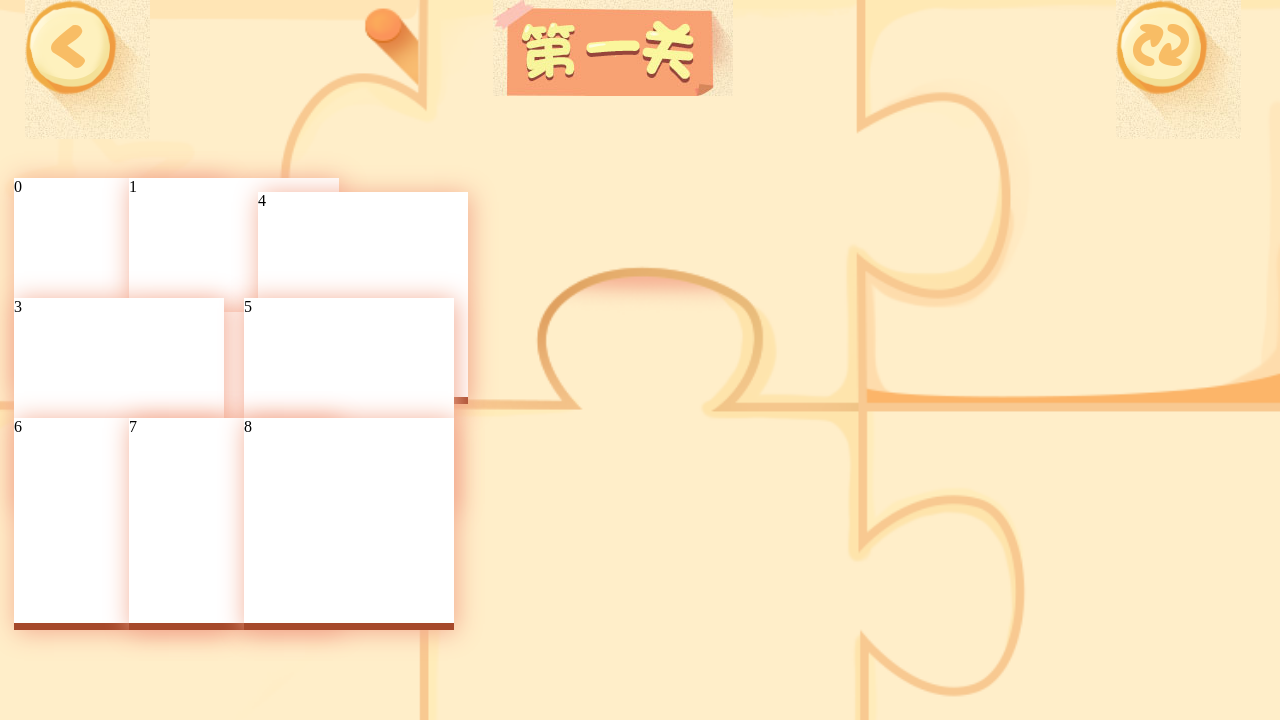
Repository: RedrockTeam/China-map-puzzle
Page: /#/second
An editor plug-in stored every save of this project. The page is shown before and after the next save, followed by the edit.
The browser window is 1280 px wide. The pictures show the whole page.
Some web fonts or font styles are not loaded; a fallback is used. The project was rebuilt for these pictures with package versions that can differ from the ones it lists, and the page was loaded fresh each time. Also part of the build but not shown: vue.config.js, src/network/request.js, src/views/home.vue, src/views/pass.vue, src/components/dialog.vue, src/views/first.vue, src/views/third.vue, src/views/forth.vue.

Above is the page before, as saved 2019-09-25 15:00:51.

### public/index.html
<!DOCTYPE html>
<html lang="en">

<head>
  <meta charset="utf-8">
  <meta http-equiv="X-UA-Compatible" content="IE=edge">
  <meta name="viewport" content="width=device-width,initial-scale=1.0">
  <link rel="icon" href="<%= BASE_URL %>favicon.ico">
  <title>puzzle-game</title>
</head>

<body>
  <noscript>
    <strong>We're sorry but my doesn't work properly without JavaScript enabled. Please enable it to continue.</strong>
  </noscript>
  <div id="app"></div>
  <!-- built files will be auto injected -->


 </body>
</html>

### src/main.js
import Vue from 'vue'
import App from './App.vue'
import router from './router'
import store from './store'
// import ApiService from './common/service/api'

import './assets/styles/common.css'
import './assets/font/font.css'

// Vue.config.productionTip = false

// ApiService.init()

new Vue({
  router,
  store,
  render: h => h(App)
}).$mount('#app')

### src/App.vue
<template>
  <div>
    <router-view></router-view>
  </div>
</template>

<script>
export default {
  name: 'App',
  data() {
    return {};
  }
};
</script>
<style>
</style>

### src/router/index.js
import Vue from 'vue'
import Router from 'vue-router'
import Home from '../views/home.vue'
import Result from '../views/result.vue'
import Pass from '../views/pass.vue'
import Button from '../components/dialog.vue'
import First from '../views/first.vue'
import Second from '../views/second.vue'
import Third from '../views/third.vue'
import Four from '../views/forth.vue'

Vue.use(Router)

export default new Router({
  routes: [{
    path: '/',
    redirect: '/home'
  },
  {
    path: '/home',
    name: 'home',
    component: Home,
  },
  {
    path: '/pass',
    name: 'pass',
    component: Pass,
  },
  {
    path: '/result',
    name: 'result',
    component: Result,
  },
  {
    path: '/button',
    name: 'button',
    component: Button,
  },
  {
    path: '/first',
    name: 'first',
    component: First
  },
  {
    path: '/second',
    name: 'second',
    component: Second
  },
  {
    path: '/third',
    name: 'third',
    component: Third
  },
  {
    path: '/four',
    name: 'four',
    component: Four
  }



  ]


})

### src/store/index.js
import Vue from 'vue'
import Vuex from 'vuex'
import {
  isContext
} from 'vm';

Vue.use(Vuex)

export default new Vuex.Store({
  state: {
    time: {
      minute: 0,
      second: 0,
      millisecond: 0,
      timecount: '00:00:00',
    },
  },
  mutations: {
    //开始
    start() {
      var that = this;
      //停止（暂停）
      clearInterval(time);
      //时间重置
      that.setData({
        minute: 0,
        second: 0,
        millisecond: 0,
      })
      time = setInterval(function () {
        that.timer()
      }, 50);
      time = () => {
        that.timer()
      }
    },
    //停止
    stop() {
      var that = this
      clearInterval(intt);
      that.setData({
        minute: 0,
        second: 0,
        millisecond: 0,
        timecount: '00:00:00',
      })
    },
    timer() {
      var that = this;
      console.log(that.data.millisecond)
      that.setData({
        millisecond: that.data.millisecond + 5
      })
      if (that.data.millisecond >= 100) {
        that.setData({
          millisecond: 0,
          second: that.data.second + 1
        })
      }
      if (that.data.second >= 60) {
        that.setData({
          second: 0,
          minute: that.data.minute + 1
        })
      }
      that.setData({
        timecount: that.data.minute + ":" + that.data.second + ":" + that.data.millisecond
      })
    },
  },
  actions: {
    // time = setInterval(function () {
    //   context.commit('time')
    // }, 50)
  }
})

### src/assets/styles/common.css
/* global */
* {
    margin: 0;
    padding: 0;
}

html {
    overflow-y: scroll;
    overflow-x: hidden;

}

html,
body {
    width: 100%;
}

a {
    text-decoration: none;
    text-align: center;
    cursor: pointer;
    color: black;
    outline: none;
}

a:hover {
    text-decoration: underline;
}

ul,
ol {
    list-style: none;
}

.clear {
    clear: both;
}

### src/assets/font/font.css
@font-face {
    font-family: "Tanuki";
    font-weight: normal;
    font-style: normal;
    src: url('./Tanuki.ttf') format('truetype');
}

@font-face {
    font-family: "Cotton";
    font-weight: normal;
    font-style: normal;
    src: url('./cotton.ttf') format('truetype');
}

### src/views/result.vue
<template>
  <div class="bg">
    <div class="head">
      <div class="back"></div>
      <div class="title"></div>
      <div class="front"></div>
    </div>

    <div class="contain">
      <div class="score">
        <div>
          <p>
            <span class="clock"></span>
            <span class="word">我的时间：</span>
          </p>
          <p>
            <i class="grade"></i>
            <span class="word">我的成绩：</span>
          </p>
        </div>
      </div>
      <div class="list">
        <p class="list_item first">
          <span class="icon"></span>
          <span class="nickname">这是我的昵称</span>
          <span class="time">10s</span>
        </p>
        <p class="list_item second">
          <span class="icon"></span>
          <span class="nickname">这是我的昵称</span>
          <span class="time">10s</span>
        </p>
        <p class="list_item third">
          <span class="icon"></span>
          <span class="nickname">这是我的昵称</span>
          <span class="time">10s</span>
        </p>
        <p class="list_item">
          <span class="normal">4</span>
          <span class="nickname">这是我的昵称</span>
          <span class="time">10s</span>
        </p>
        <p class="list_item">
          <span class="normal">4</span>
          <span class="nickname">这是我的昵称</span>
          <span class="time">10s</span>
        </p>
      </div>
    </div>
    <div class="line"></div>
  </div>
</template>

<style>
.bg {
  position: absolute;
  top: 0;
  left: 0;
  height: 100%;
  width: 100%;
  background: url("../assets/img/pass/background.png");
  background-size: cover;
}
.head {
  display: flex;
  margin-top: 60px;
  margin-left: 50px;
}

.back {
  background: url("../assets/img/ranking/back.png");
  width: 93px;
  height: 97px;
  background-size: cover;
  margin-right: 120px;
}
.title {
  background: url("../assets/img/ranking/ranking_title.png") no-repeat;
  width: 260px;
  height: 200px;
  background-size: 100%;
  margin-left: -40px;
}
.front {
  background: url("../assets/img/ranking/front.png");
  width: 93px;
  height: 97px;
  background-size: cover;
  margin-left: 80px;
}

.contain {
  width: 650px;
  height: 850px;
  background: #ffae72;
  margin: -15px auto 0;
}

.score {
  width: 617px;
  height: 206px;
  background: url("../assets/img/ranking/result.png");
  background-size: cover;
  padding-top: 40px;
}
.score div {
  margin-top: 20px;
  margin-left: 20px;
}

.word {
  letter-spacing: 5px;
}

.score p {
  color: #ffae72;
  font-weight: bold;
  font-size: 35px;
  padding-top: 20px;
  margin: 0 auto;
  width: 250px;
  margin-left: 50px;
  margin-top: 10px;
}

.clock,
.grade {
  width: 29px;
  height: 29px;
  display: inline-block;
  margin-right: 10px;
}
.clock {
  background: url("../assets/img/ranking/clock.png") no-repeat;
  background-size: cover;
}
.grade {
  background: url("../assets/img/ranking/list.png") no-repeat;
  background-size: cover;
}
.list {
  height: 520px;
  overflow: auto;
  margin-top: 20px;
}
::-webkit-scrollbar {
  display: none;
}
.list_item {
  background: url("../assets/img/ranking/box.png");
  width: 580px;
  height: 125px;
  background-size: cover;
  margin-left: 50px;
  display: flex;
}
.icon {
  display: inline-block;
  width: 81px;
  height: 82px;
  margin: 15px 35px;
}
.first .icon {
  background: url("../assets/img/ranking/first.png");
  background-size: cover;
}
.second .icon {
  background: url("../assets/img/ranking/second.png");
  background-size: cover;
}
.third .icon {
  background: url("../assets/img/ranking/third.png");
  background-size: cover;
}
.nickname {
  color: #ffae72;
  font-size: 35px;
  font-weight: bold;
  display: inline-block;
  margin-top: 30px;
  font-family: Tanuki;
}
.time,
.normal {
  margin-left: auto;
  margin-right: 80px;
  font-weight: bold;
  display: inline-block;
  margin-top: 20px;
  color: #ff7b5c;
  font-size: 50px;
}

.line {
  width: 570px;
  height: 36px;
  background: url("../assets/img/ranking/line.png");
  background-size: cover;
  margin-left: 100px;
  margin-top: -50px;
}
</style>

<script>
export default {};
</script>

### src/views/second.vue
<template>
  <div class="game">
    <div class="header">
      <div class="back_shadow">
        <div class="back"></div>
      </div>
      <div class="title">
        <img src="../assets/img/game/one.png" />
      </div>
      <div class="refresh_shadow">
        <div class="refresh"></div>
      </div>
    </div>
    <div class="main" ref="main">
      <div
        :class="setClass(index)"
        ref="pic"
        v-for="(value,index) of info"
        :key="index"
        :style="{
          left:value[0] + 'px',
          top:value[1] +'px'
      }"
      >{{index}}</div>
    </div>
    <div class="showpic_shadow">
      <div class="showpic">长按可看3s原图</div>
    </div>
  </div>
</template>

<script>
export default {
  data() {
    return {
      firstX: null,
      firstY: null,
      number: 0,
      info: [
        [0, 0],
        [115, 0],
        [115 * 2, 0],
        [0, 120],
        [115, 120],
        [115 * 2, 120],
        [0, 120 * 2],
        [115, 120 * 2],
        [115 * 2, 120 * 2]
      ]
    };
  },
  mounted() {
    this.random();
    this.moveImage();
  },

  methods: {
    setClass(index) {
      let obj = { piece: true };
      obj[`${index}`] = true;
      return obj;
    },
    moveImage() {
      let pics = this.$refs.main.children;
      let picWidth = pics[0].offsetWidth;
      let picHeight = pics[0].offsetHeight;
      let boxWidth = this.$refs.main.offsetWidth;
      let boxHeight = this.$refs.main.offsetHeight;
      let dx,
        dy,
        newLeft,
        newTop,
        firstX,
        firstY,
        firstIndex,
        firstPic,
        secondPic;
      let number = this.number;
      let isSuccess = this.isSuccess;
      for (var i = 0; i < pics.length; i++) {
        pics[i].addEventListener("touchstart", function(e) {
          this.style.zIndex = 100;
          this.startX = this.offsetLeft;
          this.startY = this.offsetTop;
          this.style.transition = "none";
          console.log(number);
          if (number == 0) {
            firstX = this.startX;
            firstY = this.startY;
            firstIndex = this.getAttribute("data-index");
            firstPic = this;
            number += 1;
          } else if (number == 1) {
            this.startX = this.offsetLeft;
            this.startY = this.offsetTop;
            secondPic = this;
            firstPic.style.left = this.startX + "px";
            firstPic.style.top = this.startY + "px";
            firstPic.setAttribute(
              "data-index",
              this.getAttribute("data-index")
            );
            secondPic.style.left = firstX + "px";
            secondPic.style.top = firstY + "px";
            secondPic.setAttribute("data-index", firstIndex);
            number = 0;
            if (isSuccess() == true) {
              alert("true");
            }
          }
        });
      }
      return pics;
    },

    random(a, b) {
      var a = Math.floor(Math.random() * 9);
      var b = Math.floor(Math.random() * 9);
      let pics = this.$refs.main.children;
      var aEle = pics[a];
      var bEle = pics[b];

      var _left;
      _left = aEle.offsetLeft;
      aEle.style.left = bEle.offsetLeft + "px";
      bEle.style.left = _left + "px";
      var _top;
      _top = aEle.offsetTop;
      aEle.style.top = bEle.offsetTop + "px";
      bEle.style.top = _top + "px";
      var _index;
      _index = aEle.getAttribute("data-index");
      aEle.setAttribute("data-index", bEle.getAttribute("data-index"));
      bEle.setAttribute("data-index", _index);
    },

    isSuccess() {
      console.log("try");
      let pics = this.$refs.main.children;
      console.log(pics);
      var str = "";
      for (var i = 0; i < pics.length; i++) {
        str += pics[i].getAttribute("data-index");
      }
      console.log(str);
      if (str == "123456789") {
        return true;
      }
      return false;
    }
  }
};
</script>
<style lang="scss" scoped>
.game {
  position: absolute;
  top: 0;
  left: 0;
  height: 100%;
  width: 100%;
  background: url("../assets/img/pass/background.png");
  background-size: cover;
  overflow: hidden;
  .header {
    width: 95%;
    height: 140px;
    margin: 0 auto 24px 25px;
    display: inline-flex;
    justify-content: space-between;
    .back_shadow {
      width: 125px;
      height: 139px;
      background-image: url("../assets/img/common/btn_sbg.jpg");
      background-repeat: no-repeat;
      background-position: 0% 0%;
      background-size: contain;
      .back {
        width: 92px;
        height: 95px;
        background-image: url("../assets/img/common/back.png");
        background-repeat: no-repeat;
        background-position: 0% 0%;
        background-size: contain;
      }
    }
    .title {
      width: 240px;
      height: 96px;
      background-image: url("../assets/img/game/title_bg.jpg");
      background-repeat: no-repeat;
      background-position: 0% 0%;
      background-size: contain;
      display: flex;
      justify-content: center;
      align-items: center;
      img {
        width: 54px;
        height: 17px;
      }
    }
    .refresh_shadow {
      width: 125px;
      height: 139px;
      background-image: url("../assets/img/common/btn_sbg.jpg");
      background-repeat: no-repeat;
      background-position: 0% 0%;
      background-size: contain;
      .refresh {
        width: 92px;
        height: 95px;
        background-image: url("../assets/img/common/refresh.png");
        background-repeat: no-repeat;
        background-position: 0% 0%;
        background-size: contain;
      }
    }
  }
  .main {
    width: 750px;
    height: 700px;
    position: relative;
    padding: 26px;

    .piece {
      width: 210px;
      height: 205px;
      box-shadow: 2px 2px 24px #f3a98f;
      margin: 14px 14px 0 14px;
      border-bottom: 7px solid #a6492b;
      background: url("../assets/img/button/map.jpg") no-repeat;
      transition: all 0.5s ease 0s;
      position: absolute;
    }

    .chosen {
      border-bottom: 7px solid #da8f43;
    }
  }
  .showpic_shadow {
    width: 560px;
    height: 173px;
    margin: 60px auto auto 154px;
    background-image: url("../assets/img/game/showpic_sbg.jpg");
    background-repeat: no-repeat;
    background-position: 0% 0%;
    background-size: contain;

    .showpic {
      width: 458px;
      height: 107px;
      background-image: url("../assets/img/game/showpic_bg.png");
      background-repeat: no-repeat;
      background-position: 0% 0%;
      background-size: contain;
      text-align: center;
      line-height: 107px;
      font-family: "Cotton";
      font-size: 50px;
      color: #fffcad;
    }
  }
}
</style>

After the next save:
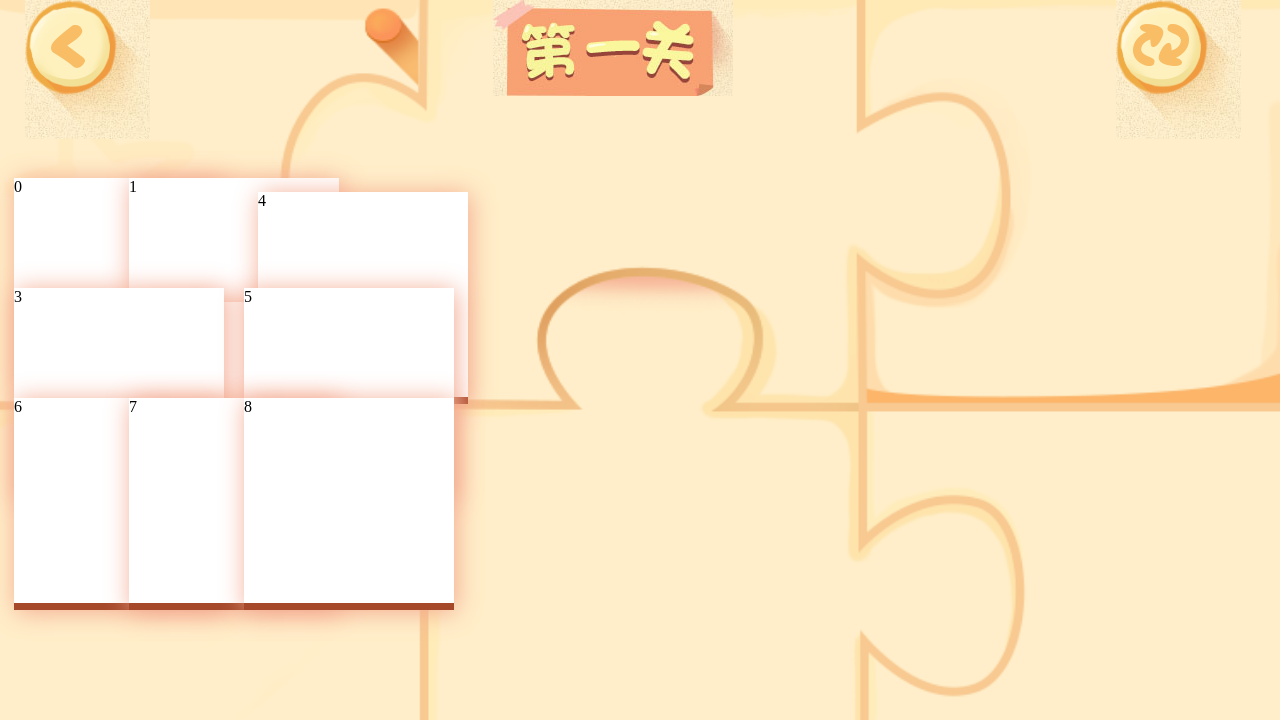
Saved 21 s later.
--- a/src/views/second.vue
+++ b/src/views/second.vue
@@ -40,12 +40,12 @@
         [0, 0],
         [115, 0],
         [115 * 2, 0],
-        [0, 120],
-        [115, 120],
-        [115 * 2, 120],
-        [0, 120 * 2],
-        [115, 120 * 2],
-        [115 * 2, 120 * 2]
+        [0, 110],
+        [115, 110],
+        [115 * 2, 110],
+        [0, 110 * 2],
+        [115, 110 * 2],
+        [115 * 2, 110 * 2]
       ]
     };
   },
